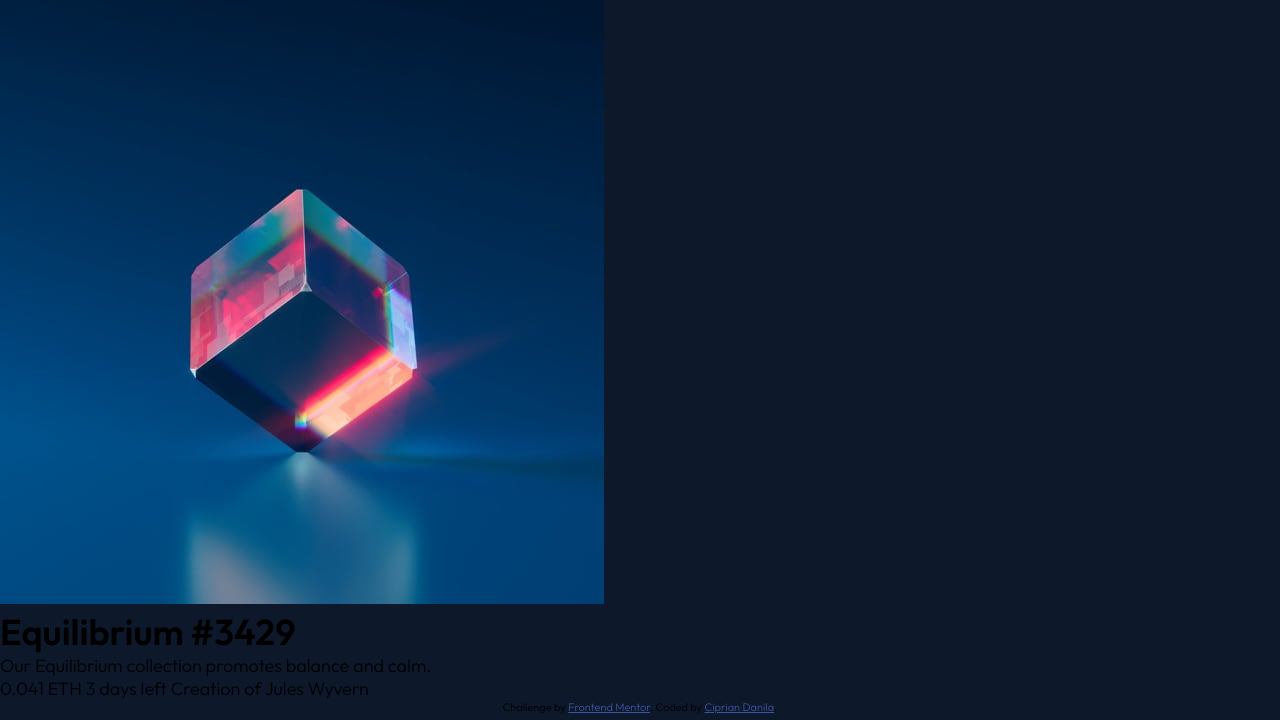
Repository: cipdanila/NFT-preview-card-component
Page: index.html
An editor plug-in stored every save of this project. The page is shown before and after the next save, followed by the edit.
The browser window is 1280 px wide. The pictures show the whole page.

Above is the page before, as saved 2024-01-26 20:31:58.

After the next save:
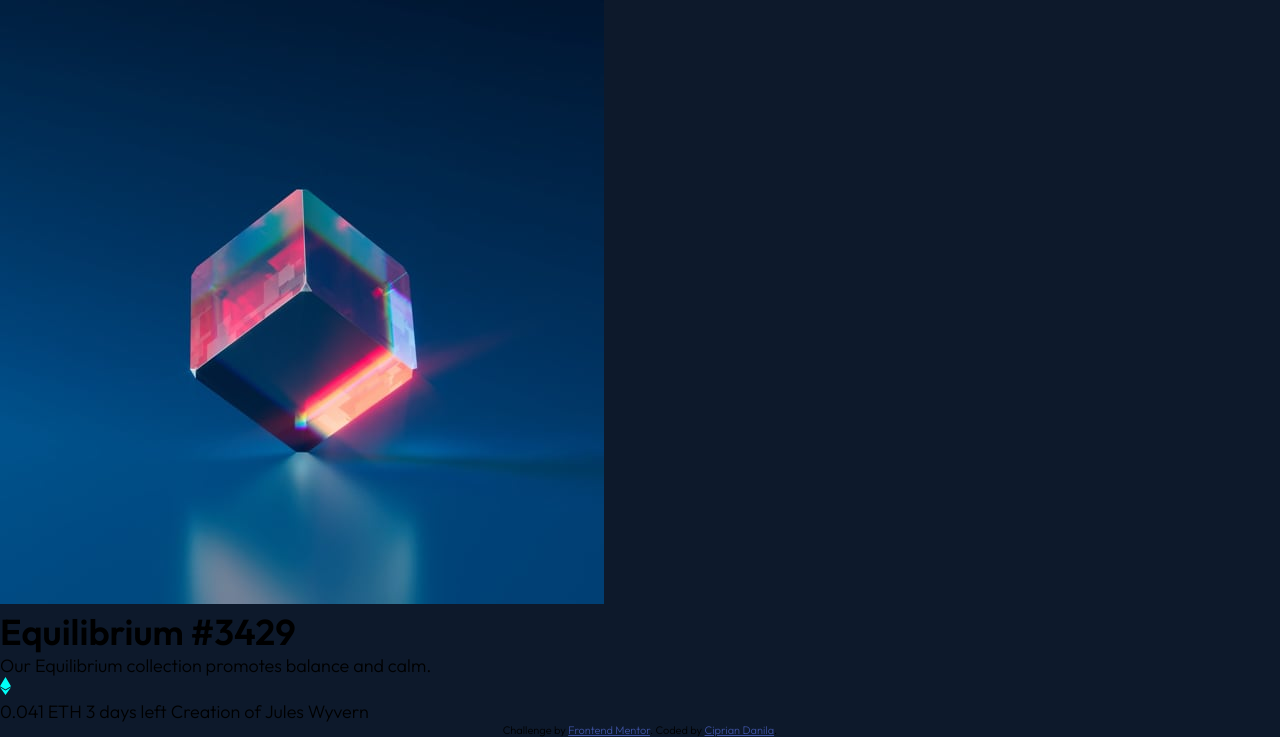
Saved 29 s later.
--- a/index.html
+++ b/index.html
@@ -20,7 +20,9 @@
         <p>Our Equilibrium collection promotes balance and calm.</p>
       </div>
       <div class="time">
-        <p class="ethereum"></p>
+        <p class="ethereum">
+          <img src="/images/icon-ethereum.svg" alt="ethereum">
+        </p>
       </div>
     </div>
   </main>
